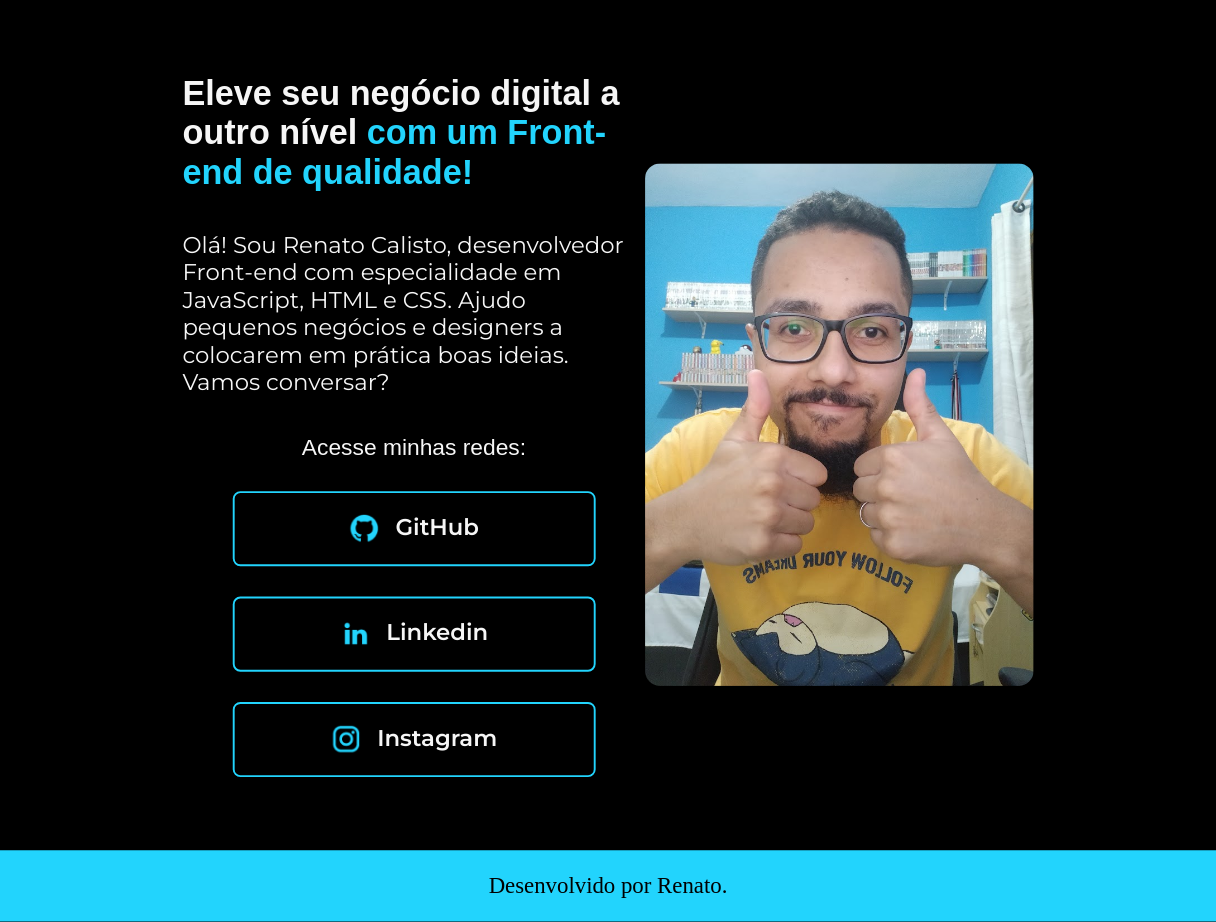
Repository: RenatoCCS/Portfolio_Alura
Page: index.html
The author's editor kept a copy of each file at every save. The page is drawn from the files as they stood at one save, then again after the next save.
The browser window is 1280 px wide. The pictures show the whole page, at 95% of full size.
Some web fonts or font styles are not loaded; a fallback is used.

Above is the page before, as saved 2023-02-28 20:57:51.

After the next save:
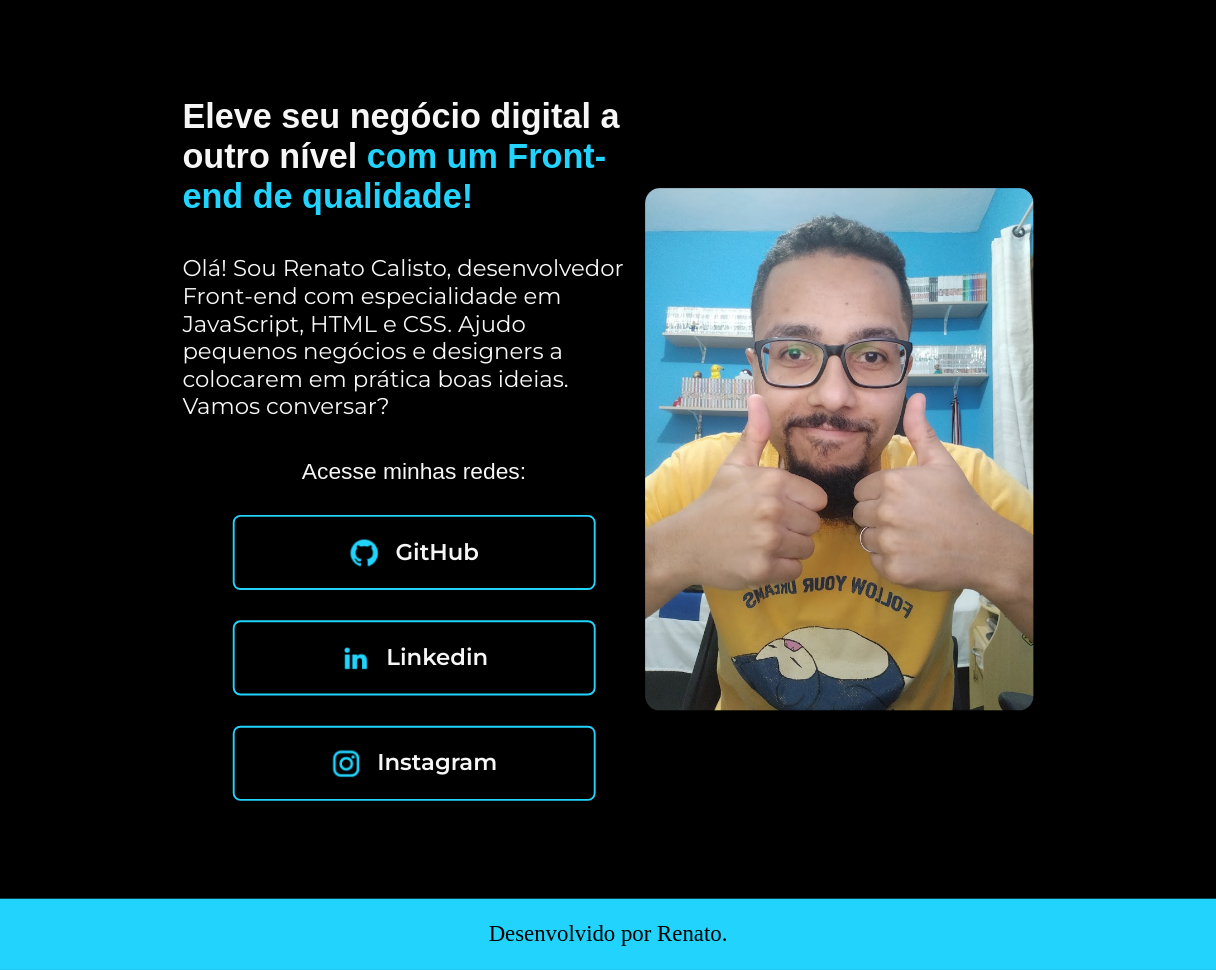
Saved 22 s later.
--- a/style.css
+++ b/style.css
@@ -17,7 +17,7 @@ body {
 }
 
 .apresentacao {
-  padding: 6% 15%;
+  padding: 8% 15%;
   display: flex;
   align-items: center;
   justify-content: space-between;
